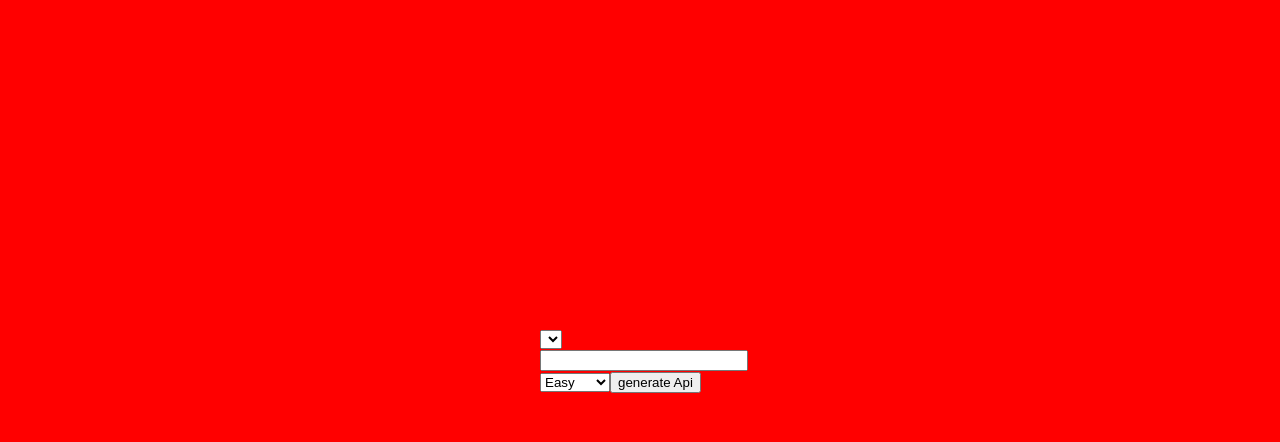
Repository: ranausama48/quiz-App
Page: /
These files come from the project's save history. The page is drawn as it stood at one moment and after the next save; the edit follows.
The browser window is 1280 px wide. The pictures show the whole page.
The page's requests for data from a server got no answer. The project was rebuilt for these pictures with package versions that can differ from the ones it lists, and the page was loaded fresh each time. No one was signed in, and anything a server would have sent is missing. Also part of the build but not shown: src/components/QuestionCard.tsx, src/components/ScorePage.tsx, src/components/QuizDash.tsx.

Above is the page before, as saved 2020-07-26 14:22:33.

### src/App.tsx
import React from "react";
import { getApiData, getCatories } from "./api/api";
import { SingleQuestion } from "./Types/quiz_types";
import Main from "./components/QuizDash";
import styled from "styled-components";
const Container = styled.div`
  background: red;
  height: 100vh;
  display: flex;
  justify-content: center;
  align-items: center;
  flex-direction: column;
  .inner--wraper {
    max-width: 200px;
    input {
      width: 100%;
    }
  }
`;

function App() {
  const [quiz, setQuiz] = React.useState<SingleQuestion[]>([]);
  let [catagories, setCatagories] = React.useState<object[]>();
  let [apiParams, setapiParams] = React.useState<{
    questionLength: string;
    level: string;
    catagory: string;
  }>({
    questionLength: "1",
    level: "easy",
    catagory: "9",
  });
  const generateApi = () => {
    const { questionLength, level, catagory } = apiParams;
    console.log("questionLength", questionLength);
    console.log("level", level);
    console.log("catagory", catagory);

    async function fetchData() {
      const questions: SingleQuestion[] = await getApiData(
        catagory,
        questionLength,
        level
      );
      console.log(questions);
      setQuiz(questions);
    }
    fetchData();
  };
  React.useEffect(() => {
    async function fetchCatory() {
      const catories: SingleQuestion[] = await getCatories();

      setCatagories(catories);
    }
    fetchCatory();
  }, []);
  const changeHandler = (e: any) => {
    const value = e.target.value;
    const name = e.target.name;
    setapiParams((prev) => {
      return {
        ...prev,
        [name]: value,
      };
    });
  };
  return (
    <Container className="app">
      {quiz[0] ? (
        <Main question={quiz} />
      ) : (
        <div className="inner--wraper">
          <select onChange={changeHandler} name="catagory">
            {catagories
              ? catagories.map((data: any, index: number) => (
                  <option value={data.id}>
                    {console.log(data)}
                    {data.name}
                  </option>
                ))
              : []}
          </select>
          <input
            type="number"
            name="questionLength"
            id=""
            onChange={changeHandler}
          />
          <select onChange={changeHandler} name="level">
            <option value="easy">Easy</option>
            <option value="medium">Medium</option>
            <option value="hard">Hard</option>
          </select>
          <button onClick={generateApi}> generate Api</button>
        </div>
      )}
    </Container>
  );
}

export default App;

### src/api/api.ts
import { OverallQuiz, SingleQuestion } from "../Types/quiz_types";
export const shuffleArray = (array: any[]) => {
  [...array].sort(() => Math.random() - 0.5);
};

export const getApiData = async (
  catagory: string,
  questionLength: string,
  level: string
): Promise<SingleQuestion[]> => {
  console.log("questionLength", questionLength);
  console.log("catagory", catagory);

  console.log("level", level);

  const res = await fetch(
    `https://opentdb.com/api.php?amount=${questionLength}&category=${catagory}&difficulty=${level}`
  );
  console.log(res);
  let { results } = await res.json();
  console.log(results);
  const quiz: SingleQuestion[] = results.map((questionObj: OverallQuiz) => {
    return {
      question: questionObj.question,
      answer: questionObj.correct_answer,
      option: questionObj.incorrect_answers.concat(questionObj.correct_answer),
    };
  });
  return quiz;
};

export const getCatories = async () => {
  const res = await fetch(`https://opentdb.com/api_category.php`);
  const { trivia_categories } = await res.json();
  return trivia_categories;
};

Loaded but not shown: public/index.html (common file); src/index.tsx (common file); src/index.css (common file); src/serviceWorker.ts (common file)

After the next save:
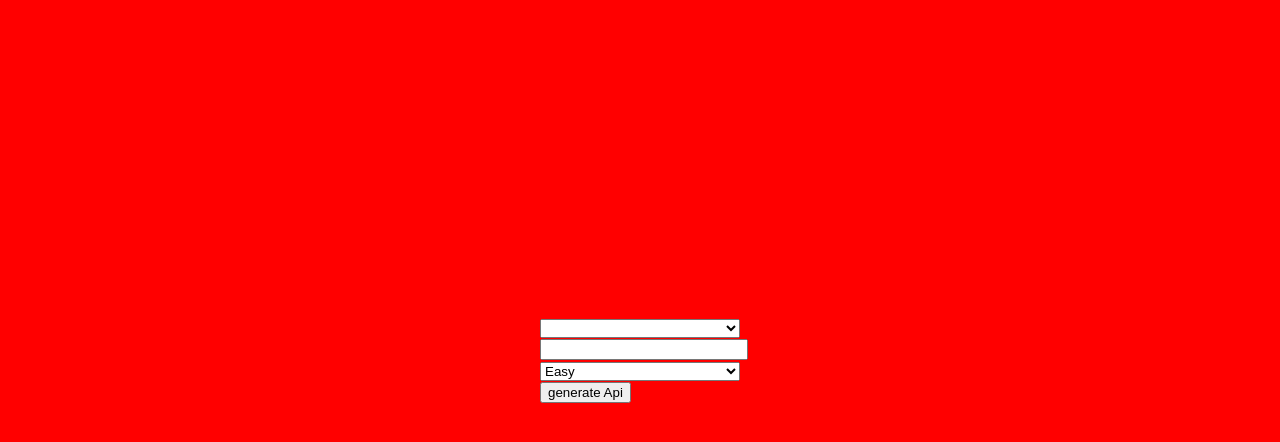
Saved 117 s later.
--- a/src/App.tsx
+++ b/src/App.tsx
@@ -12,8 +12,9 @@
   flex-direction: column;
   .inner--wraper {
     max-width: 200px;
+    select,
     input {
-      width: 100%;
+      width: 100% !important;
     }
   }
 `;

After the save that followed:
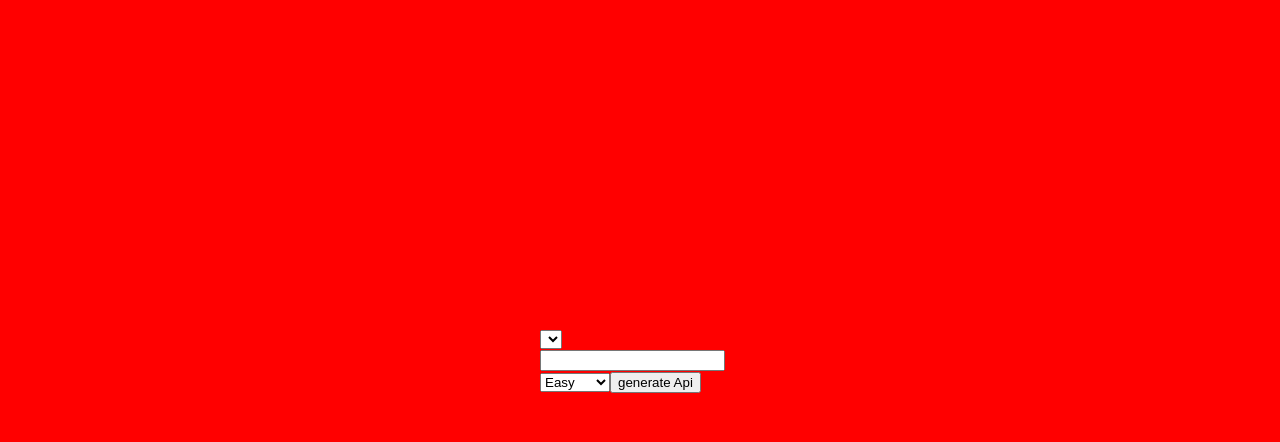
Saved 21 s later.
--- a/src/App.tsx
+++ b/src/App.tsx
@@ -14,7 +14,7 @@
     max-width: 200px;
     select,
     input {
-      width: 100% !important;
+      max-width: 300px !important;
     }
   }
 `;
